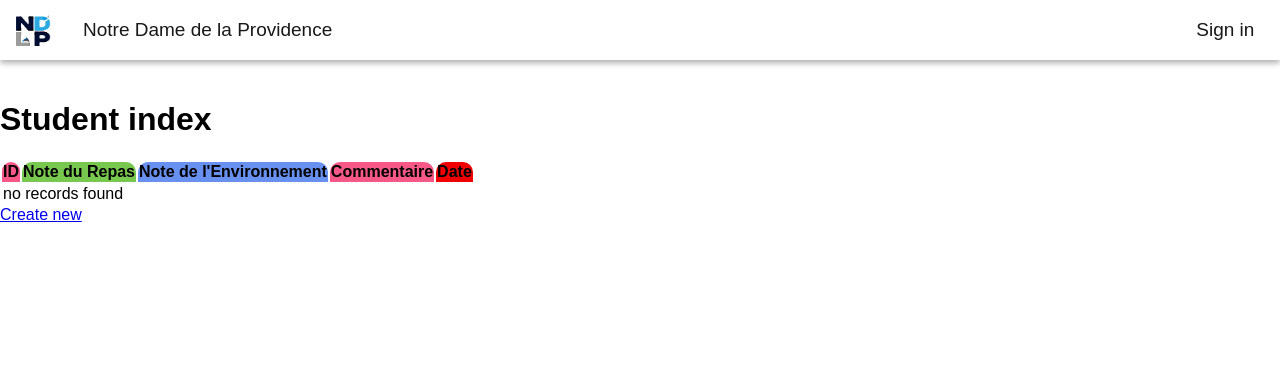
Repository: yaperson/self-feedback1
Page: templates/student/index.html.twig
These files come from the project's save history. The page is drawn as it stood at one moment and after the next save; the edit follows.
The browser window is 1280 px wide. The pictures show the whole page.
The page is a Twig template of a Symfony application; nobody is signed in and links lead nowhere. The template is opened directly, without the code that normally fills it, so the values that code supplies are empty.

Above is the page before, as saved 2021-12-14 10:46:42.
Console error: TypeError: Cannot read properties of null (reading 'querySelectorAll')

### templates/student/index.html.twig
{% extends 'base.html.twig' %}

{% block title %}Student index{% endblock %}

{% block body %}
    <h1>Student index</h1>

    <script>
        const compare = function(ids, asc)
        {
            return function(row1, row2)
            {
                const tdValue = function(row, ids)
                {
                    return row.children[ids].textContent;
                }

                const tri = function(v1, v2)
                {
                    if (v1 !== '' && v2 !== '' && !isNaN(v1) && !isNaN(v2))
                    {
                        return v1 - v2;
                    }

                    else
                    {
                        return v1.toString().localeCompare(v2);
                    }

                    return v1 !== '' && v2 !== '' && !isNaN(v1) && !isNaN(v2) ? v1 - v2 : v1.toString().localeCompare(v2);
                };

                return tri(tdValue(asc ? row1 : row2, ids), tdValue(asc ? row2 : row1, ids));
            }
        }

        const tbody = document.querySelector('tbody');
        const thx = document.querySelectorAll('th');
        const trxb = tbody.querySelectorAll('tr');

        thx.forEach(function(th)
        {
            th.addEventListener('click', function()
            {
                let classe = Array.from(trxb).sort(compare(Array.from(thx).indexOf(th), this.asc = !this.asc));

                classe.forEach(function(tr)
                {
                    tbody.appendChild(tr)
                });
            })
        });
    </script>

    <table class="table">
        <thead>
            <tr>
                <th style="background-color:#F85888; border-top-left-radius: 10px; -moz-border-radius-topleft: 10px; -webkit-border-top-left-radius: 10px; -khtml-border-top-left-radius: 10px; -icab-border-top-left-radius: 10px; -o-border-top-left-radius: 10px; border-top-right-radius: 10px; -moz-border-radius-topright: 10px; -webkit-border-top-right-radius: 10px; -khtml-border-top-right-radius: 10px; -icab-border-top-right-radius: 10px; -o-border-top-right-radius: 10px;">ID</th>
                <th style="background-color:#78C850; border-top-left-radius: 10px; -moz-border-radius-topleft: 10px; -webkit-border-top-left-radius: 10px; -khtml-border-top-left-radius: 10px; -icab-border-top-left-radius: 10px; -o-border-top-left-radius: 10px; border-top-right-radius: 10px; -moz-border-radius-topright: 10px; -webkit-border-top-right-radius: 10px; -khtml-border-top-right-radius: 10px; -icab-border-top-right-radius: 10px; -o-border-top-right-radius: 10px;">Note du Repas</th>
                <th style="background-color:#6890F0; border-top-left-radius: 10px; -moz-border-radius-topleft: 10px; -webkit-border-top-left-radius: 10px; -khtml-border-top-left-radius: 10px; -icab-border-top-left-radius: 10px; -o-border-top-left-radius: 10px; border-top-right-radius: 10px; -moz-border-radius-topright: 10px; -webkit-border-top-right-radius: 10px; -khtml-border-top-right-radius: 10px; -icab-border-top-right-radius: 10px; -o-border-top-right-radius: 10px;">Note de l'Environnement</th>
                <th style="background-color:#F85888; border-top-left-radius: 10px; -moz-border-radius-topleft: 10px; -webkit-border-top-left-radius: 10px; -khtml-border-top-left-radius: 10px; -icab-border-top-left-radius: 10px; -o-border-top-left-radius: 10px; border-top-right-radius: 10px; -moz-border-radius-topright: 10px; -webkit-border-top-right-radius: 10px; -khtml-border-top-right-radius: 10px; -icab-border-top-right-radius: 10px; -o-border-top-right-radius: 10px;">Commentaire</th>
                <th style="background-color:#F00000; border-top-left-radius: 10px; -moz-border-radius-topleft: 10px; -webkit-border-top-left-radius: 10px; -khtml-border-top-left-radius: 10px; -icab-border-top-left-radius: 10px; -o-border-top-left-radius: 10px; border-top-right-radius: 10px; -moz-border-radius-topright: 10px; -webkit-border-top-right-radius: 10px; -khtml-border-top-right-radius: 10px; -icab-border-top-right-radius: 10px; -o-border-top-right-radius: 10px;">Date</th>
            </tr>
        </thead>
        <tbody>
        {% for student in students %}
            <tr>
                <td>{{ student.id }}</td>
                <td>{{ student.noteRepas }}</td>
                <td>{{ student.noteValeurEnvironnement }}</td>
                <td>{{ student.noteCommentaire }}</td>
                <td>{{ student.noteDate ? student.noteDate|date('Y-m-d') : '' }}</td>
            </tr>
        {% else %}
            <tr>
                <td colspan="6">no records found</td>
            </tr>
        {% endfor %}
        </tbody>
    </table>

    <a href="{{ path('student_new') }}">Create new</a>
{% endblock %}

### templates/base.html.twig
<!doctype html>
<html lang="en">
  <head>
    <meta charset="utf-8">
    <meta name="viewport" content="width=device-width, initial-scale=1, shrink-to-fit=no">
    <meta name="description" content="">
    <meta name="author" content="">
    <title>
        {% block title %} Welcome!
        {% endblock %}

    </title>
    <link rel="shortcut icon" href="images/cropped-cropped-NDLP-3-min-e1544695116495.png" type="image/x-icon">
    <link rel="stylesheet" href="css/style.css">
    <link rel="stylesheet" href="css/home.css">
    <!-- Bootstrap core CSS -->
    {# <link rel="stylesheet" href="/css/bootstrap.css" > #}
    {# <link rel="stylesheet" href="/css/starter-template.css" > #}

    <!-- Bootstrap core JS    # MIS EN COMMENTAIRE CAR BUGUE, A REGLER #
    <script src="js/bootstrap.js" > -->

 {% block stylesheets %}
 {% endblock %}
 {% block javascripts %}
 {% endblock %}

  </head>

  <body>
        <nav class="topnav" id="myTopnav">
          <div id="left">
            <img class="topnav__link img" src="/images/cropped-cropped-NDLP-3-min-e1544695116495.png">
            <span class="topnav__link">Notre Dame de la Providence</span>
          </div>
          {% if is_granted('ROLE_USER') %}
              <div class="nav-link disabled">
                <i class="fas fa-user"></i>
                {% if app.user %}
                  <strong>{{ app.user.username }}</strong>
                {% endif %}
              </div>
              <a class="topnav__link" id="right" href="{{ path('app_logout') }}">{{'Logout'|trans}}</a>
              {% else %}
              <a class="topnav__link" id="right" href="{{ path('app_login') }}">{{'Sign in'|trans}}</a>
              {% endif %}
        </nav>

    <main>
          {% block body %}{% endblock %}

    </main><!-- /.container -->
    {#
    <!-- Bootstrap core JavaScript
    ================================================== -->
    <!-- Placed at the end of the document so the pages load faster -->
    <script src="https://code.jquery.com/jquery-3.2.1.slim.min.js" integrity="sha384-KJ3o2DKtIkvYIK3UENzmM7KCkRr/rE9/Qpg6aAZGJwFDMVNA/GpGFF93hXpG5KkN" crossorigin="anonymous"></script>
    <script>window.jQuery || document.write('<script src="../../../../assets/js/vendor/jquery-slim.min.js"><\/script>')</script>
    <script src="../../../../assets/js/vendor/popper.min.js"></script>
    <script src="../../../../dist/js/bootstrap.min.js"></script> #}
  </body>
</html>

### public/css/style.css
html{
    width: 100%;
    width: 100%;
    height: 100%;
}


body{
    display: grid;
    margin: 0;
    width: 100%;
    height: 100vh;
    font-family: Arial, Helvetica, sans-serif;
}

main {
  margin-top: 5rem;
}

#btn5 {
  background: linear-gradient(180deg, #2aa1d4 0%, rgba(42, 158, 207, 0.992) 0.01%, rgba(43, 158, 207, 0.65) 99.97%, rgba(41, 157, 207, 0.67) 99.98%, rgba(45, 170, 225, 0.89) 100%);
  box-shadow: 0px 4px 4px rgba(0, 0, 0, 0.12);
  border-radius: 30px;
  border: none;
}
/***********************************************/
.topnav {
  overflow: hidden;
  background-color: rgb(255, 255, 255);
  box-shadow: 0 3px 6px 0 rgb(175, 175, 175);
  user-select: none;
  z-index: 2;
  display: flex;
  align-items: center;
  justify-content: space-between;
  position: fixed;
  width: 100%;
}
.topnav .topnav__link {
  float: left;
  color: #181818;
  padding: 14px 16px;
  text-decoration: none;
  font-size: 19px;
  transition: 0.2s;
}
#left {
  display: flex;
  align-items: center;
}
#right {
  float: right;
  /* margin-left: 75%; */
  padding-right: 2%;
}
.img {
  width: 35px;
  height: 32px;
  left: 11px;
  top: 7px;
}
.topnav .topnav__link:hover {
  color: #060c18;
  transition: 0.2s;
}
  /*****/
  .foo-container {
    display: flex;
    position: absolute;
    justify-content: center;
    align-items: center;
    bottom: 0;
    width: 100%;
    /* height: 164px; */
    color: white;
    background: #424242;
  }
  .bloc {
    display: flex;
    justify-content: space-around;
    margin: 10px;
    width: 50%;
  }

/***********************************************/

.error{
  display: flex;
  position: absolute;
  justify-content: center;
  align-items: center;
  width: 100%;
  height: 50px;
  background-color: red;
  animation: kboom infinite 1s;
  color: white;
}

@keyframes kboom {
  0%{
    background-color: red;
  }
  100%{
    background-color: blue;
  }
}



element.style {
  background-image: url(assets/img/image1.jpg);
  height: 100vh;
}
.bg-image {
  display: flex;
  justify-content: center;
  align-items: center;
  position: relative;
  overflow: hidden;
  background-repeat: no-repeat;
  background-size: cover;
  background-position: 50%;
}

@media (max-width: 750px) {
  .foo-container {
    color: #b6b6fb;
  }
  .topnav {
    max-width: 100%;
  }
}

### public/css/home.css
.main__title{
    display: flex;
    justify-content: center;
}

.title{
    font-size: 5rem;
    transition: 0.2s;
    animation: fromTop 2s ;
}

/***************/
.main__btn{
    justify-content: center;
    align-content: center;
    align-items: center;
    text-align: center;
    display: flex;
}

#btn5{
    display: flex;
    align-items: center;
    justify-content: center;
    position: relative;
    overflow: hidden;
    color: rgb(255, 255, 255);
    mix-blend-mode: normal;
    cursor: pointer;
    outline: none;
    border: none;
    width: 20%;
    height: 60px;
    text-decoration: none;
}
.TxtBtn {
    position: relative;
    pointer-events: none;
}

@media screen and (max-width: 750px) {
    main{
        max-width: 100%;
        height: 80%;
    }
    h1 {
        font-size: 60px;
        margin: auto;
    }
    h3{
        font-size: 50px;
    }
    #target{
        font-size: 50px;
    }
    #btn5{
        width: 200px;
    }
}

@keyframes fromTop {
    0% {
        color: rgba(0, 0, 0, 0);
        transition: 0.2s;
        margin-top: 20px;
    }
    100% {
        color: rgb(0, 0, 0);
        /* transition: 0.2s; */
    }
}

After the next save:
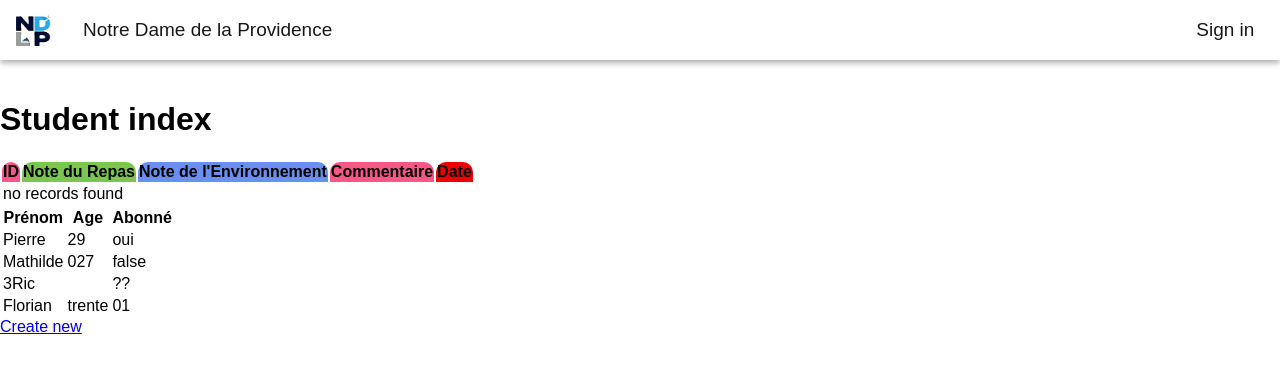
Saved 7 min 46 s later.
--- a/templates/student/index.html.twig
+++ b/templates/student/index.html.twig
@@ -79,5 +79,41 @@
         </tbody>
     </table>
 
+    <table>
+        <thead>
+            <tr>
+                <th>Prénom</th>
+                <th>Age</th>
+                <th>Abonné</th>
+            </tr>
+        </thead>
+
+        <tbody>
+            <tr>
+                <td>Pierre</td>
+                <td>29</td>
+                <td>oui</td>
+            </tr>
+
+            <tr>
+                <td>Mathilde</td>
+                <td>027</td>
+                <td>false</td>
+            </tr>
+
+            <tr>
+                <td>3Ric</td>
+                <td></td>
+                <td>??</td>
+            </tr>
+
+            <tr>
+                <td>Florian</td>
+                <td>trente</td>
+                <td>01</td>
+            </tr>
+        </tbody>
+    </table>
+
     <a href="{{ path('student_new') }}">Create new</a>
 {% endblock %}
